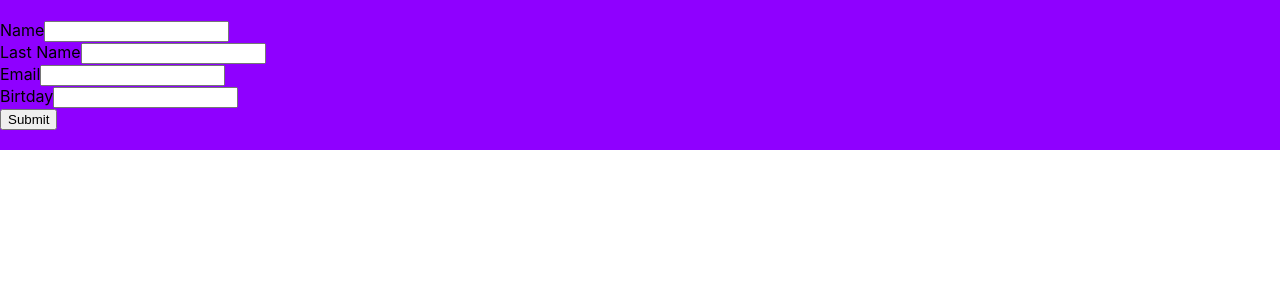
Repository: RobertAries28/CrudUsuarios
Page: /
The author's editor kept a copy of each file at every save. The page is drawn from the files as they stood at one save, then again after the next save.
The browser window is 1280 px wide. The pictures show the whole page.
The page's requests for data from a server got no answer. The project was rebuilt for these pictures with package versions that can differ from the ones it lists, and the page was loaded fresh each time. No one was signed in, and anything a server would have sent is missing.

Above is the page before, as saved 2022-05-23 18:51:06.

After the next save:
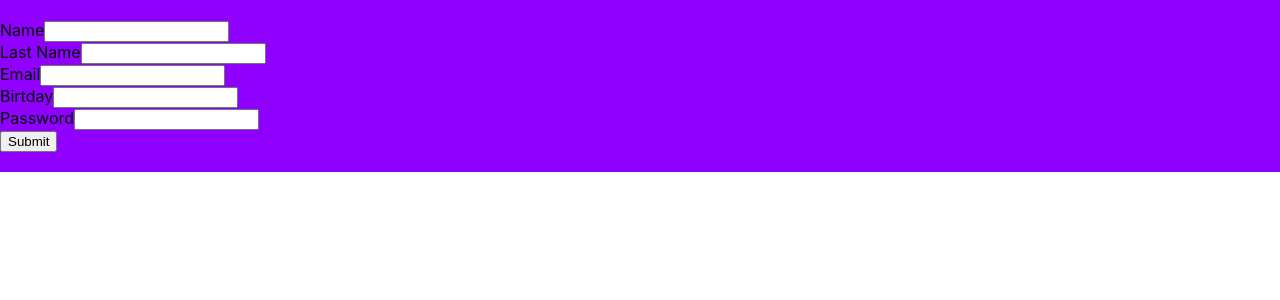
Saved 5 min 39 s later.
--- a/src/UsersForm.js
+++ b/src/UsersForm.js
@@ -9,6 +9,7 @@ const UsersForm = ({addUsers,updateUsers,userEdit,selectUsers}) => {
 
 
         const [birthday, setBirthday] = useState("")
+        const [password, setPassword] = useState("")
 
       useEffect(()=>{
           console.log("Cambio productEdit")
@@ -18,11 +19,13 @@ const UsersForm = ({addUsers,updateUsers,userEdit,selectUsers}) => {
               setLatName(userEdit.lastName);
               setEmail(userEdit.email)
               setBirthday(userEdit.birthday)
+              setPassword(userEdit.password)
           } else{
               setName("");
               setLatName("");
               setEmail("");
-              setBirthday("")
+              setBirthday("");
+              setPassword("")
           }
       },[userEdit])
 
@@ -33,7 +36,8 @@ const UsersForm = ({addUsers,updateUsers,userEdit,selectUsers}) => {
                 name:name,
                 lastName:lastName,
               email:email,
-              birthday:birthday
+              birthday:birthday,
+              password:password
             }
 
            if(userEdit){
@@ -84,6 +88,14 @@ const UsersForm = ({addUsers,updateUsers,userEdit,selectUsers}) => {
                       value={birthday} />
                   </div>
 
+                  <div>
+                      <label htmlFor='Password'>Password</label>
+                      <input type="password"
+                      id='password'
+                      onChange={e=> setPassword(e.target.value)}
+                      value={password} />
+                  </div>
+
                   <button >Submit</button>
 
                   {
